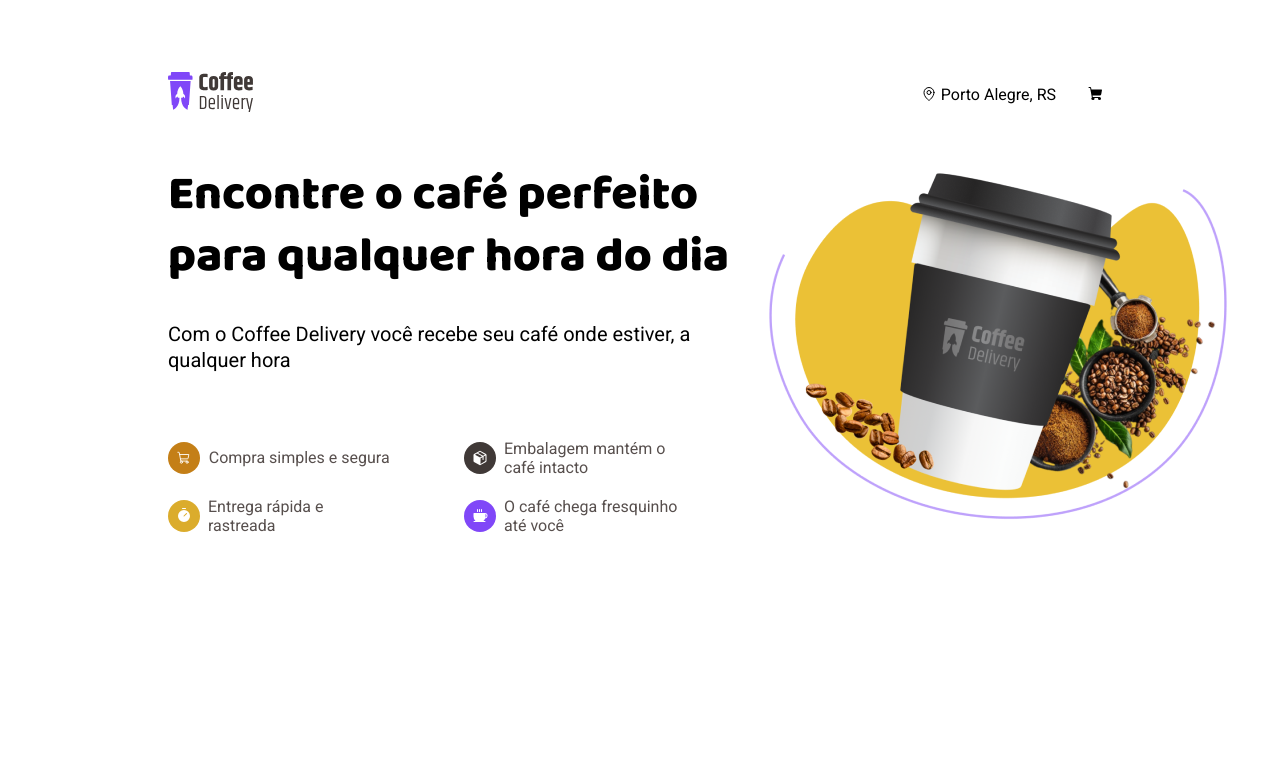
Repository: guilhermecardoso93/react-coffee-delivery
Page: /
An editor plug-in stored every save of this project. The page is shown before and after the next save, followed by the edit.
The browser window is 1280 px wide. The pictures show the whole page.
The project was rebuilt for these pictures with package versions that can differ from the ones it lists, and the page was loaded fresh each time. Also part of the build but not shown: vite.config.ts.

Above is the page before, as saved 2022-07-17 17:47:11.

### index.html
<!DOCTYPE html>
<html lang="en">
  <head>
    <meta charset="UTF-8" />
    <link rel="icon" type="image/svg+xml" href="/src/assets/favicon.ico" />
    <link rel="preconnect" href="https://fonts.googleapis.com" />
    <link rel="preconnect" href="https://fonts.gstatic.com" crossorigin />
    <meta name="viewport" content="width=device-width, initial-scale=1.0" />
    <link
      href="https://fonts.googleapis.com/css2?family=Baloo+2:wght@700;800&family=Roboto:wght@400;500;700&display=swap"
      rel="stylesheet"
    />
    <title>Coffee Delivery - Rocketseat</title>
  </head>
  <body>
    <div id="root"></div>
    <script type="module" src="/src/main.tsx"></script>
  </body>
</html>

### src/App.tsx
import { ThemeProvider } from "styled-components";
import { defaultTheme } from "./styles/themes/default";
import { GlobalStyle } from "./styles/global";
import { Router } from "./Router";
import { BrowserRouter } from "react-router-dom";

export function App() {
  return (
    <ThemeProvider theme={defaultTheme}>
      <BrowserRouter>
        <Router />
        <GlobalStyle />
      </BrowserRouter>
    </ThemeProvider>
  );
}

### src/styles/themes/default.ts
export const defaultTheme = {
  colors: {
    white: "#FFFFFF",
    background: "#FAFAFA",
    "base-card": "#F3F2F2",
    "base-input": "#EDEDED",
    "base-button": "#E6E5E5",
    "base-hover": "#D7D5D5",
    "base-label": "#8D8686",
    "base-text": "#574F4D",
    "base-subtitle": "#403937",
    "base-title": "#272221",
    "base-error": "#f84747",
    "brand-purple-dark": "#4B2995",
    "brand-purple": "#8047F8",
    "brand-purple-light": "#EBE5F9",
    "brand-yellow-dark": "#C47F17",
    "brand-yellow": "#DBAC2C",
    "brand-yellow-light": "#F1E9C9"
  }
};

### src/styles/global.ts
import { createGlobalStyle } from "styled-components";

export const GlobalStyle = createGlobalStyle`
   * {
    margin: 0;
    padding: 0;
    box-sizing: border-box;
   }


   body {
    background-color: ${(props) => props.theme["background"]};
    color: ${(props) => props.theme["base-text"]};
    -webkit-font-smoothing: antialiased;

    overflow-wrap: break-word;
    word-wrap: break-word;
    word-break: break-word;

   }

   body, input, text-area, button{
    font-family: 'Roboto', sans-serif;
    font-weight: 400;
    font-size: 1rem;
   }
 `;

### src/Router.tsx
import { Route, Routes } from "react-router-dom";
import { Home } from "./components/pages/components/Home";
import { DefaultLayout } from "./layouts/DefaultLayout";

export function Router() {
  return (
    <Routes>
      <Route path="/" element={<DefaultLayout />}>
        <Route path="/" element={<Home />} />
      </Route>
    </Routes>
  );
}

### src/components/pages/components/Home/index.tsx
import { Coffee, MapPin, Package, ShoppingCart, Timer } from "phosphor-react";
import { ReactNode } from "react";
import { useTheme } from "styled-components";
import CoffeHome from "../../../../assets/intro-img.png";
import { HomeContainer, HomeList, IconList } from "./styles";

interface BenefitItemProps {
  iconBg: string;
}

export function Home({ iconBg }: BenefitItemProps) {
  const { colors } = useTheme();

  return (
    <HomeContainer>
      <div>
        <h1>Encontre o café perfeito para qualquer hora do dia</h1>
        <p className="homeSpan">
          Com o Coffee Delivery você recebe seu café onde estiver, a qualquer
          hora
        </p>
        <HomeList>
          <IconList iconBg={colors["brand-yellow-dark"]}>
            <div>
              <ShoppingCart size={14} />
            </div>
            <p>Compra simples e segura</p>
          </IconList>
          <IconList iconBg={colors["base-subtitle"]}>
            <div>
              <Package size={16} weight="fill" />
            </div>
            <p>Embalagem mantém o café intacto</p>
          </IconList>
          <IconList iconBg={colors["brand-yellow"]}>
            <div>
              <Timer size={16} weight="fill" />
            </div>
            <p>Entrega rápida e rastreada</p>
          </IconList>
          <IconList iconBg={colors["brand-purple"]}>
            <div>
              <Coffee size={16} weight="fill" />
            </div>
            <p>O café chega fresquinho até você</p>
          </IconList>
        </HomeList>
      </div>
      <div>
        <img src={CoffeHome} alt="" />
      </div>
    </HomeContainer>
  );
}

### src/components/pages/components/Home/styles.ts
import styled from "styled-components";

interface IconsContainerProps {
  iconBg: string;
}

export const HomeContainer = styled.main`
  display: flex;
  align-items: center;
  justify-content: space-between;
  flex-direction: row;

  h1 {
    font-family: "Baloo 2";
    font-style: normal;
    font-weight: 800;
    font-size: 48px;
    line-height: 130%;
    width: 36.75rem;
    margin-bottom: 2rem;
  }

  .homeSpan {
    font-family: "Roboto";
    font-style: normal;
    font-weight: 400;
    font-size: 20px;
    line-height: 130%;
    width: 37rem;
  }
`;

export const HomeList = styled.div`
  display: grid;
  grid-template-columns: 1fr 1fr;
  row-gap: 1.25rem;
  margin-top: 4.125rem;
`;

export const IconList = styled.span<IconsContainerProps>`
  width: 75%;
  display: flex;
  align-items: center;
  justify-content: space-evenly;
  gap: 0.5rem;

  div {
    display: flex;
    flex-direction: row;
    justify-content: center;
    align-items: center;
    padding: 8px;
    gap: 8px;
    background: ${({ iconBg }) => iconBg};
    width: 32px;
    height: 32px;
    color: ${(props) => props.theme.colors["white"]};
    border-radius: 50%;
    border: none;
  }

  p {
    color: ${(props) => props.theme.colors["base-text"]};
  }
`;

### src/components/Header/index.tsx
import { MapPin, ShoppingCart } from "phosphor-react";
import Logo from "../../assets/logo.svg";
import { HeaderContainer } from "./styles";

export function Header() {
  return (
    <HeaderContainer>
      <div>
        <img src={Logo} alt="" />
      </div>
      <div className="headerInfos">
        <div className="local">
          <MapPin size={16} />
          Porto Alegre, RS
        </div>
        <span className="headerCar">
          <ShoppingCart size={16} weight="fill" />
        </span>
      </div>
    </HeaderContainer>
  );
}

### src/layouts/DefaultLayout/styles.ts
import styled from "styled-components";

export const LayoutContainer = styled.div`
  max-width: 80vw;
  height: calc(100vh - 1rem);
  margin: 2rem auto;
  padding: 2.5rem;
  gap: 3rem;

  display: flex;
  flex-direction: column;
`;

### src/components/Header/styles.ts
import styled from "styled-components";

export const HeaderContainer = styled.header`
  display: flex;
  align-items: center;
  justify-content: space-between;

  nav {
    display: flex;
    gap: 0.5rem;
  }

  .headerInfos {
    display: flex;
    align-items: center;
    justify-content: center;
    gap: 1rem;
  }

  .local {
    display: flex;
    flex-direction: row;
    justify-content: center;
    align-items: center;
    padding: 8px;
    gap: 4px;
    border-radius: 6px;

    background-color: ${(props) => props.theme["brand-purple-light"]};
    color: ${(props) => props.theme["brand-purple-dark"]};
  }

  .headerCar {
    display: flex;
    flex-direction: row;
    justify-content: center;
    align-items: center;
    padding: 8px;
    gap: 4px;
    border-radius: 6px;

    background-color: ${(props) => props.theme["brand-yellow-light"]};
    color: ${(props) => props.theme["brand-yellow-dark"]};
  }
`;

Loaded but not shown: src/main.tsx (common file); src/layouts/DefaultLayout/index.tsx (common file)

After the next save:
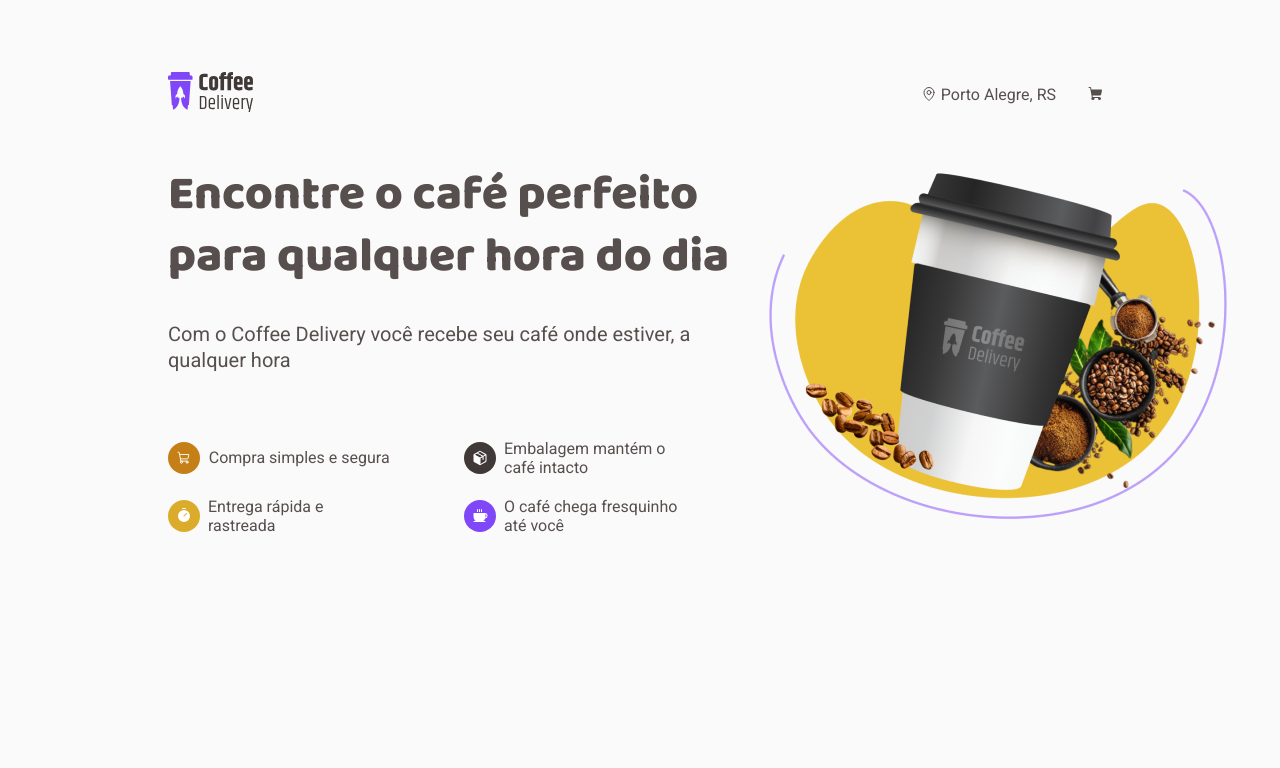
Saved 26 s later.
--- a/src/styles/global.ts
+++ b/src/styles/global.ts
@@ -9,8 +9,8 @@
 
 
    body {
-    background-color: ${(props) => props.theme["background"]};
-    color: ${(props) => props.theme["base-text"]};
+    background-color: ${(props) => props.theme.colors["background"]};
+    color: ${(props) => props.theme.colors["base-text"]};
     -webkit-font-smoothing: antialiased;
 
     overflow-wrap: break-word;
